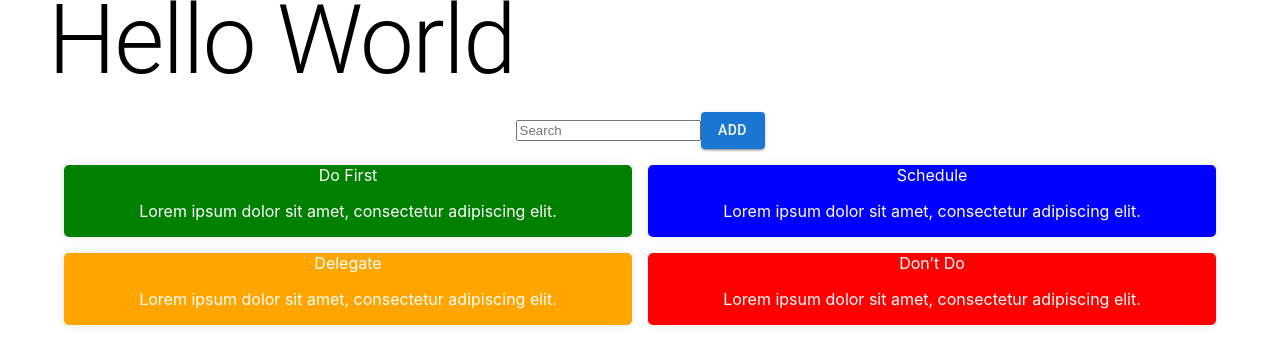
Repository: GokulDev4U/Krixi_react_assignment
Page: /, after clicking the first element matching `button.MuiButtonBase-root`
An editor plug-in stored every save of this project. The page is shown before and after the next save, followed by the edit.
The browser window is 1280 px wide. The pictures show the whole page.
The project was rebuilt for these pictures with package versions that can differ from the ones it lists, and the page was loaded fresh each time.

Above is the page before, as saved 2022-04-04 12:59:26.

After the next save:
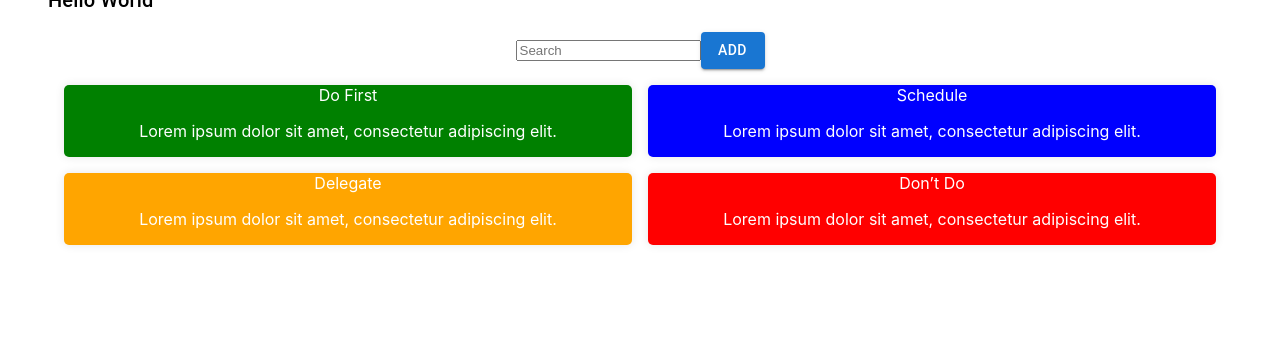
Saved 102 s later.
--- a/src/App.js
+++ b/src/App.js
@@ -9,7 +9,7 @@ function App() {
     <div className="App">
       <Container sx={{ flexGrow: 1 }}>
         <Grid container spacing={2}>
-          <Typography variant="h1">Hello World</Typography>
+          <Typography variant="h6">Hello World</Typography>
           <Grid item xs={12}>
             <input type="text" placeholder="Search" />
             <Button variant="contained" color="primary">
